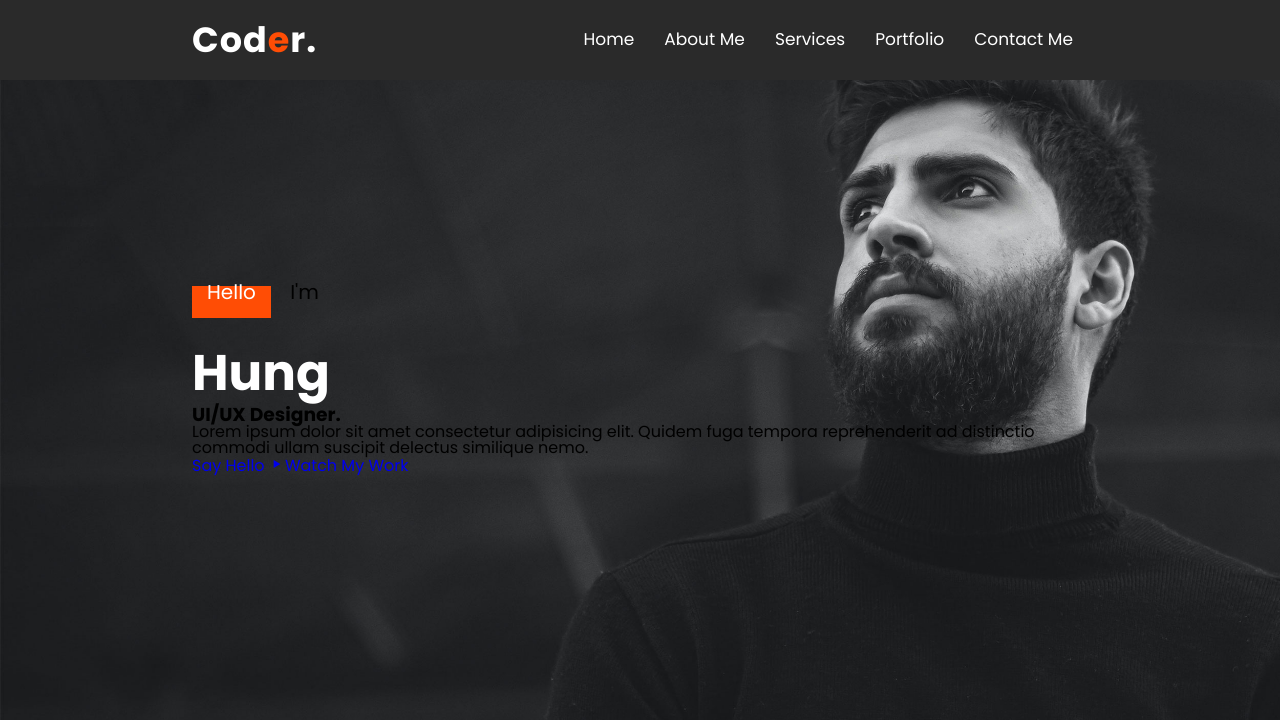
Repository: HungNg99/Protifolio2
Page: Portfolio/index.html
The author's editor kept a copy of each file at every save. The page is drawn from the files as they stood at one save, then again after the next save.
The browser window is 1280 px wide. The pictures show the whole page.

Above is the page before, as saved 2022-12-09 09:53:21.

After the next save:
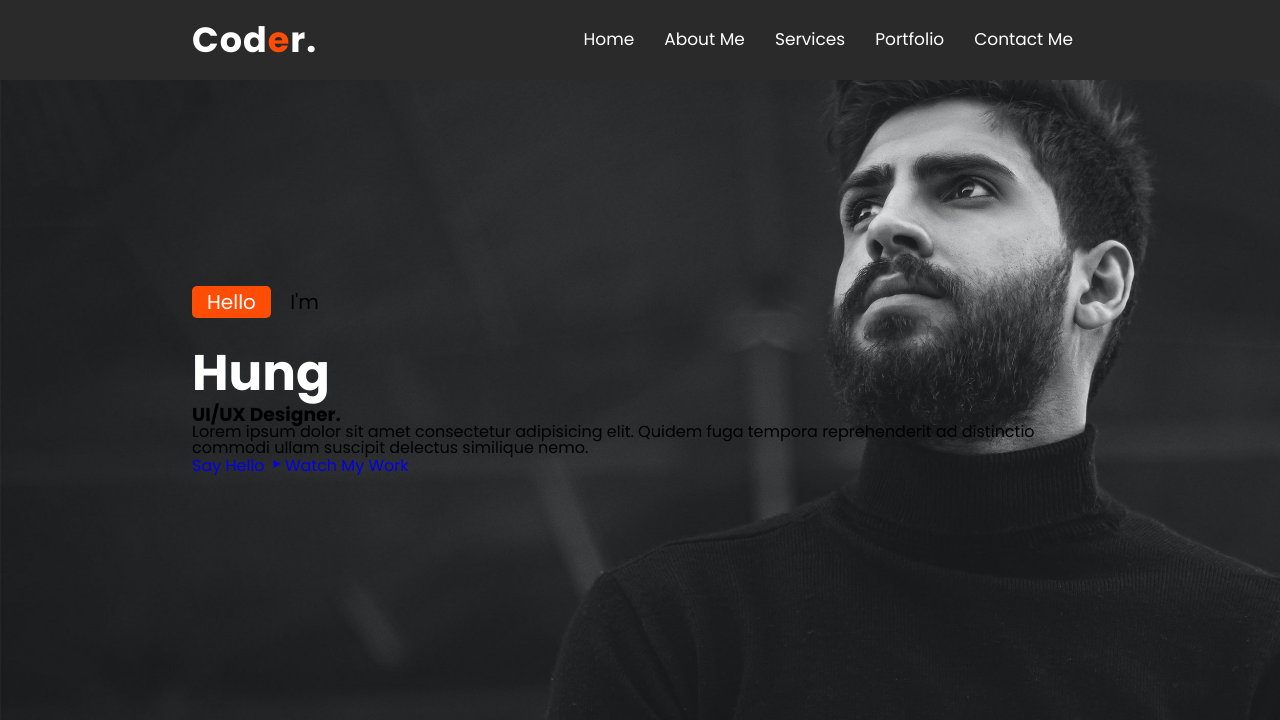
Saved 110 s later.
--- a/Portfolio/style.css
+++ b/Portfolio/style.css
@@ -82,9 +82,10 @@ section{
     margin-right: 15px;
     height: 32px;
     padding: 0 15px;
-    line-height: 1.2rem;
+    line-height: 32px;
     font-size: 20px;
     font-weight: 500;
+    border-radius:5px;
     background-color: var(--main-color);
     color: var(--text-color);
 }
